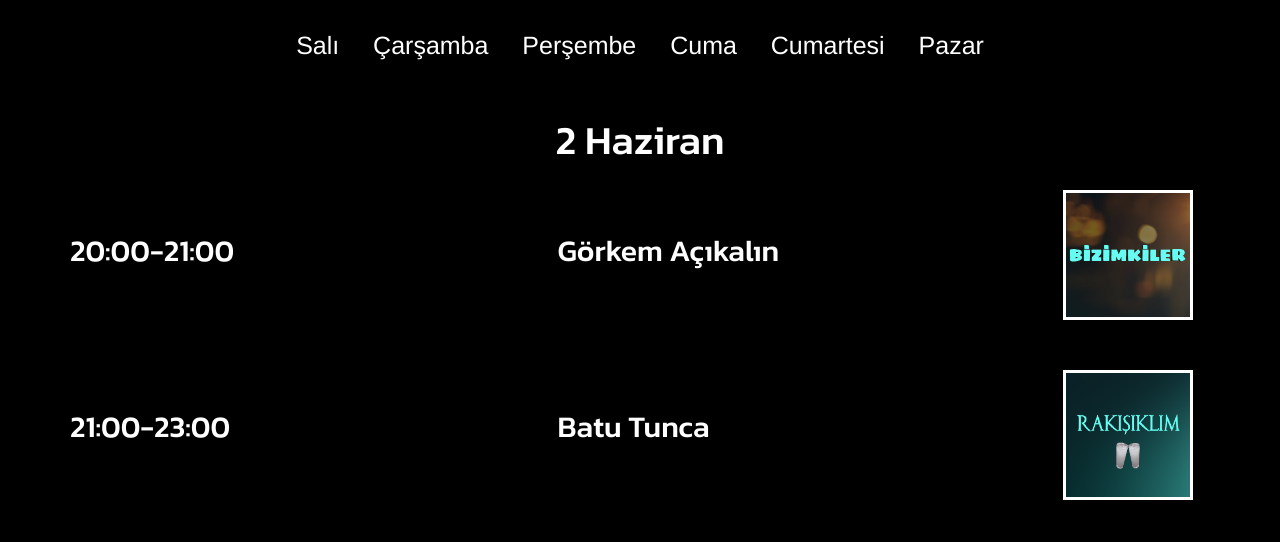
Repository: kaanistemi/program
Page: index.html
The author's editor kept a record of every edit. The page is drawn from the files as they stood at one moment, then again after the next edit.
The browser window is 1280 px wide. The pictures show the whole page.

Above is the page before.

### index.html
<!DOCTYPE html>
<html lang="en">

<head>
    <title>Bootstrap Example</title>
    <meta charset="utf-8">
    <meta name="viewport" content="width=device-width, initial-scale=1">
    <link href="https://fonts.googleapis.com/css2?family=Kanit:wght@500&display=swap" rel="stylesheet">
    <link rel="stylesheet" href="https://maxcdn.bootstrapcdn.com/bootstrap/3.4.1/css/bootstrap.min.css">
    <script src="https://ajax.googleapis.com/ajax/libs/jquery/3.5.1/jquery.min.js"></script>
    <script src="https://maxcdn.bootstrapcdn.com/bootstrap/3.4.1/js/bootstrap.min.js"></script>
    <link rel="stylesheet" type="text/css" href="assets/css/style.css">
</head>


<body>


    <div class="container">

        <ul class="nav navbar-nav navbar-collapse navbar-light-2">
            <li class="active"><a data-toggle="pill" href="#home" class="gunler">Salı</a></li>
            <li><a data-toggle="pill" href="#menu2" class="gunler">Çarşamba</a></li>
            <li><a data-toggle="pill" href="#menu3" class="gunler">Perşembe</a></li>
            <li><a data-toggle="pill" href="#menu4" class="gunler">Cuma</a></li>
            <li><a data-toggle="pill" href="#menu5" class="gunler">Cumartesi</a></li>
            <li><a data-toggle="pill" href="#menu6" class="gunler">Pazar</a></li>
        </ul>
    </div>

    <div class="tab-content">
        <div id="home" class="tab-pane fade in active mt-5">
            <div class="container">
                <div class="row">
                    <h2 class="event-baslik">
                        <center>2 Haziran</h2>
                    </center>

                    <div class="col-md-5">
                        <p>20:00-21:00</p>
                    </div>
                    <div class="col-md-5">
                        <p>Görkem Açıkalın</p>
                    </div>
                    <div class="col-md-2">
                        <center><img src=assets/images/100x100gorkembzmklr.png alt="Istanbul1" class="rounded-circle" height=130 width=130></center>
                    </div>

                </div>
            </div>
            <div class="container">
                <div class="row">
                    <h3>

                        </center>
                        <div class="col-md-5">
                            <p>21:00-23:00</p>
                        </div>
                        <div class="col-md-5">
                            <p>Batu Tunca</p>
                        </div>
                        <div class="col-md-2">
                            <center><img src=assets/images/Rakisiklim_100x100.png alt="Istanbul1" class="rounded-circle" height=130 width=130></center>
                        </div>
                </div>
            </div>
        </div>
        <div id="menu2" class="tab-pane fade">
            <div class="container">
                <div class="row">
                    <h2 class="event-baslik">
                        <center>3 Haziran</h2>
                    </center>

                    <div class="col-md-5">
                        <p>20:00-21:00</p>
                    </div>
                    <div class="col-md-5">
                        <p>Görkem Açıkalın</p>
                    </div>
                    <div class="col-md-2">
                        <center><img src=assets/images/FunkySoul_100x100.png alt="Istanbul1" class="rounded-circle" height=130 width=130></center>
                    </div>

                </div>
            </div>
            <div class="container">
                <div class="row">
                    <h3>

                        </center>
                        <div class="col-md-5">
                            <p>21:00-22:00</p>
                        </div>
                        <div class="col-md-5">
                            <p>Arda Önkol</p>
                        </div>
                        <div class="col-md-2">
                            <center><img src=assets/images/Southern_Pipeline_100x100.png alt="Istanbul1" class="rounded-circle" height=130 width=130></center>
                        </div>
                </div>
            </div>

            <div class="container">
                <div class="row">
                    <h3>

                        </center>
                        <div class="col-md-5">
                            <p>22:00-23:00</p>
                        </div>
                        <div class="col-md-5">
                            <p>Kıvanç Hasançebi</p>
                        </div>
                        <div class="col-md-2">
                            <center><img src=assets/images/T_Rap_100X100.png alt="Istanbul1" class="rounded-circle" height=130 width=130></center>
                        </div>
                </div>
            </div>


        </div>
        <div id="menu3" class="tab-pane fade">
            <div class="container">
                <div class="row">
                    <h2 class="event-baslik">
                        <center>4 Haziran</h2>
                    </center>

                    <div class="col-md-5">
                        <p>20:00-21:00</p>
                    </div>
                    <div class="col-md-5">
                        <p>Ece Misirli</p>
                    </div>
                    <div class="col-md-2">
                        <center><img src=assets/images/FunkySoul_100x100.png alt="Istanbul1" class="rounded-circle" height=130 width=130></center>
                    </div>

                </div>
            </div>
            <div class="container">
                <div class="row">
                    <h3>

                        </center>
                        <div class="col-md-5">
                            <p>21:00-22:00</p>
                        </div>
                        <div class="col-md-5">
                            <p>Kıvanç Hasançebi</p>
                        </div>
                        <div class="col-md-2">
                            <center><img src=assets/images/chilli_boom_Program_100x100.png alt="Istanbul1" class="rounded-circle" height=130 width=130></center>
                        </div>
                </div>
            </div>

            <div class="container">
                <div class="row">
                    <h3>

                        </center>
                        <div class="col-md-5">
                            <p>22:00-23:00</p>
                        </div>
                        <div class="col-md-5">
                            <p>Mertcan Özer</p>
                        </div>
                        <div class="col-md-2">
                            <center><img src=assets/images/Serial_Chiller_100x100.png alt="Istanbul1" class="rounded-circle" height=130 width=130></center>
                        </div>
                </div>
            </div>

        </div>

        <div id="menu4" class="tab-pane fade">
            <div class="container">
                <div class="row">
                    <h2 class="event-baslik">
                        <center>5 Haziran</h2>
                    </center>

                    <div class="col-md-5">
                        <p>21:00-22:00</p>
                    </div>
                    <div class="col-md-5">
                        <p>Arınç Demirtaş</p>
                    </div>
                    <div class="col-md-2">
                        <center><img src=assets/images/mcrowave100.png alt="Istanbul1" class="rounded-circle" height=130 width=130></center>
                    </div>

                </div>
            </div>
            <div class="container">
                <div class="row">
                    <h3>

                        </center>
                        <div class="col-md-5">
                            <p>22:00-23:00</p>
                        </div>
                        <div class="col-md-5">
                            <p>Gökhan Altunkaya</p>
                        </div>
                        <div class="col-md-2">
                            <center><img src=assets/images/different100.png alt="Istanbul1" class="rounded-circle" height=130 width=130></center>
                        </div>
                </div>
            </div>

            <div class="container">
                <div class="row">
                    <h3>

                        </center>
                        <div class="col-md-5">
                            <p>23:00-00:00</p>
                        </div>
                        <div class="col-md-5">
                            <p>Guest</p>
                        </div>
                        <div class="col-md-2">
                            <center><img src=assets/images/guest_mix_100x100.png alt="Istanbul1" class="rounded-circle" height=130 width=130></center>
                        </div>
                </div>
            </div>
            <div class="container">
                <div class="row">
                  <h3>
                        <div class="col-md-5">
                            <p>00:00-02:00</p>
                        </div>
                        <div class="col-md-5">
                            <p>SİMGE</p>
                        </div>
                        <div class="col-md-2">
                            <center><img src=assets/images/Dark_Basement_100x100.png alt="Istanbul1" class="rounded-circle" height=130 width=130></center>
                        </div>
                </div>
            </div>
        </div>

        <div id="menu5" class="tab-pane fade">
            <div class="container">
                <div class="row">
                    <h2 class="event-baslik">
                        <center>6 Haziran</h2>
                    </center>

                    <div class="col-md-5">
                        <p>21:00-22:00</p>
                    </div>
                    <div class="col-md-5">
                        <p>Arınç Demirtaş</p>
                    </div>
                    <div class="col-md-2">
                        <center><img src=assets/images/mcrowave100.png alt="Istanbul1" class="rounded-circle" height=130 width=130></center>
                    </div>

                </div>
            </div>
            <div class="container">
                <div class="row">
                    <h3>

                        </center>
                        <div class="col-md-5">
                            <p>22:00-23:00</p>
                        </div>
                        <div class="col-md-5">
                            <p>Gökhan Altunkaya</p>
                        </div>
                        <div class="col-md-2">
                            <center><img src=assets/images/different100.png alt="Istanbul1" class="rounded-circle" height=130 width=130></center>
                        </div>
                </div>
            </div>

            <div class="container">
                <div class="row">
                    <h3>

                        </center>
                        <div class="col-md-5">
                            <p>23:00-00:00</p>
                        </div>
                        <div class="col-md-5">
                            <p>Guest</p>
                        </div>
                        <div class="col-md-2">
                            <center><img src=assets/images/guest_mix_100x100.png alt="Istanbul1" class="rounded-circle" height=130 width=130></center>
                        </div>
                </div>
            </div>

            <div class="container">
                <div class="row">
                    <h3>

                        </center>
                        <div class="col-md-5">
                            <p>00:00-02:00</p>
                        </div>
                        <div class="col-md-5">
                            <p>Korcan Atila</p>
                        </div>
                        <div class="col-md-2">
                            <center><img src=assets/images/Dark_Basement_100x100.png alt="Istanbul1" class="rounded-circle" height=130 width=130></center>
                        </div>
                </div>
            </div>
        </div>

        <div id="menu6" class="tab-pane fade">
            <div class="container">
                <div class="row">
                    <h2 class="event-baslik">
                        <center>7 Haziran</h2>
                    </center>

                    <div class="col-md-5">
                        <p>19:00-20:00</p>
                    </div>
                    <div class="col-md-5">
                        <p>Odul</p>
                    </div>
                    <div class="col-md-2">
                        <center><img src=assets/images/FunkySoul_100x100.png alt="Istanbul1" class="rounded-circle" height=130 width=130></center>
                    </div>

                </div>
            </div>


            <div class="container">
                <div class="row">
                    <h3>

                        </center>
                        <div class="col-md-5">
                            <p>20:00-21:00</p>
                        </div>
                        <div class="col-md-5">
                            <p>Kıvanç Hasançebi</p>
                        </div>
                        <div class="col-md-2">
                            <center><img src=assets/images/FunkySoul_100x100.png alt="Istanbul1" class="rounded-circle" height=130 width=130></center>
                        </div>
                </div>
            </div>
            <div class="container">
                <div class="row">
                    <h3>

                        </center>
                        <div class="col-md-5">
                            <p>21:00-23:00</p>
                        </div>
                        <div class="col-md-5">
                            <p>Mertcan Özer</p>
                        </div>
                        <div class="col-md-2">
                            <center><img src=assets/images/pazar_sarkıları_100x100.png alt="Istanbul1" class="rounded-circle" height=130 width=130></center>
                        </div>
                </div>
            </div>
        </div>
    </div>
    <script>
        $(".tabsBtn").on("click",'.btn', function(){
          $(".tabsBtn .btn").removeClass("active");
          $(this).addClass("active");

        });
    </script>

</body>

</html>

### assets/css/style.css
body {
    background-color: #000000;
}



.navbar-nav {
    float: none;
    text-align: center;
    margin-right: 100px;
}

.navbar-nav li {
    display: inline-block;
    float: none;

}

.col-sm-2 {}

.col-md-5 {
    font-size: 30px;
    margin-top: 50px;
    color: #fff;
    font-family: 'Kanit', sans-serif;
}

.event-baslik {
    color: #fff;
}

.rounded-circle {
    margin-top: 10px;
    border: #fff solid 3px;
}

.event-baslik {
    font-size: 40px;
    line-height: 60px;
    font-family: 'Kanit', sans-serif;

}

.gunler {
    font-size: 25px;
    color: #fff;
}

.container {
    margin-top: 20px;
}

.day-blue {
    color: #66FCF1;
    font-size: 30px;
    font-family: 'Kanit', sans-serif;
}

.navbar-light-2 a:hover {

  color: #66FCF1;
  background-color: #000;
}

.navbar-light-2 li a:hover {
  background-color: #000000;
  font-size: 200%;

}

.active{
    background:#000000 !important ;
    color: #66FCF1 !important;

}

@media screen and (min-width: 930px) {
  .col-md-5
  {
   ;
  }
}


@media screen and (max-width: 931px) {
  .col-md-5 {
    text-align: center;
    line-height: 13px;
  }
}

.white-text {
  color: #fff;
  margin: 0 0 3px 0;
  font-family: 'Righteous', cursive;
  font-size: 20px;
}

After the next edit:
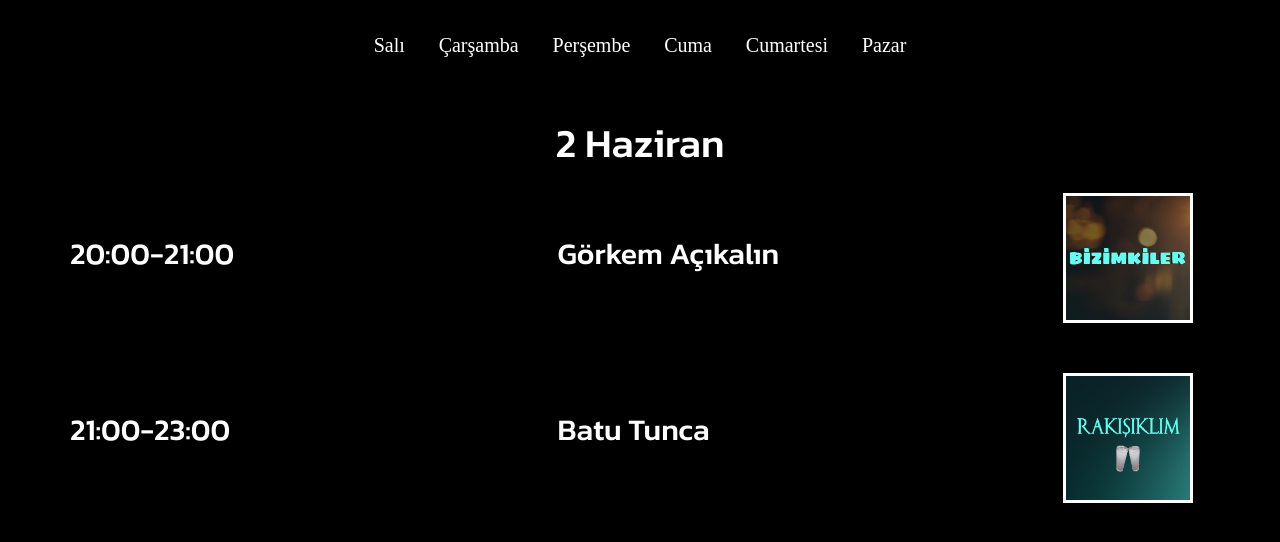
The edit:
--- a/assets/css/style.css
+++ b/assets/css/style.css
@@ -89,7 +89,7 @@
   }
 }
 
-.white-text {
+.gunler {
   color: #fff;
   margin: 0 0 3px 0;
   font-family: 'Righteous', cursive;
